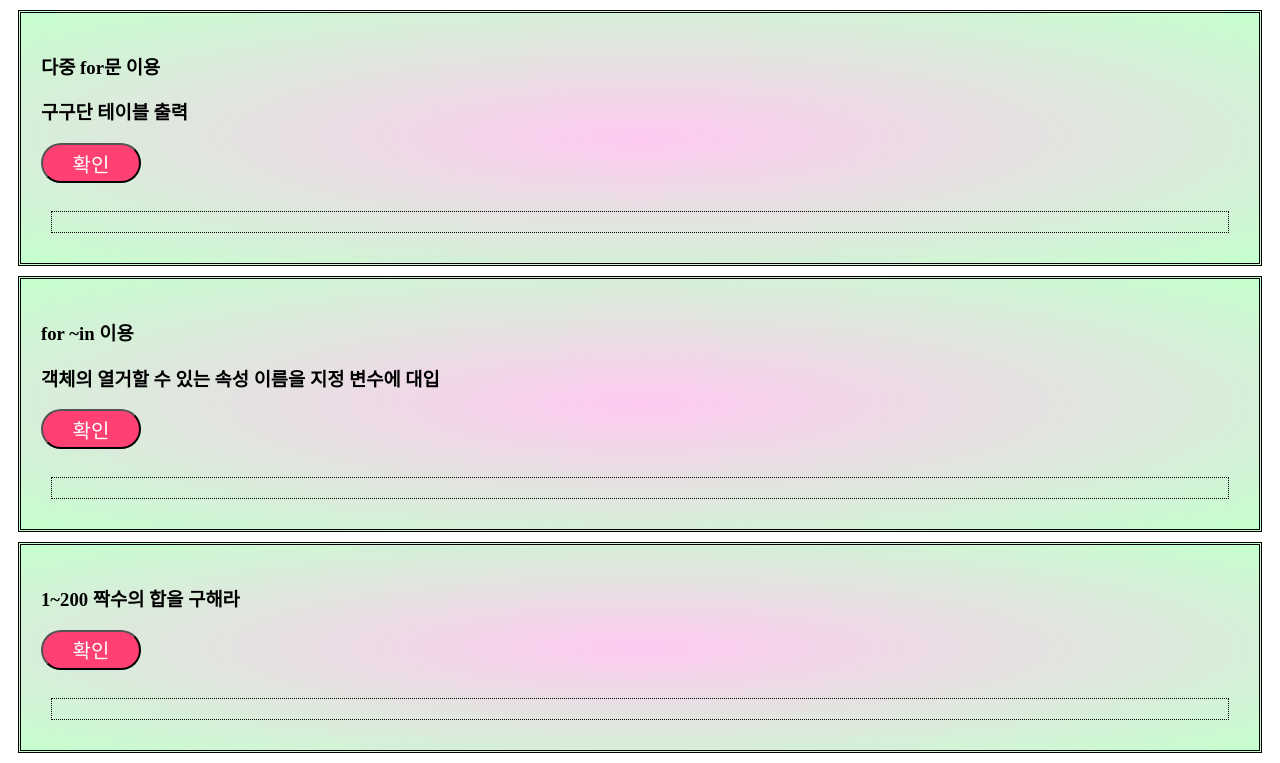
Repository: choidazzi/DDIT
Page: web programming/html/webpro/src/main/webapp/0503/for반복문연습.html
The author's editor kept a copy of each file at every save. The page is drawn from the files as they stood at one save, then again after the next save.
The browser window is 1280 px wide. The pictures show the whole page.
After loading, the first visible `input[onclick="proc3()"]` was clicked once.

Above is the page before, as saved 2023-05-03 02:02:49.
Console error: ReferenceError: proc3 is not defined

### web programming/html/webpro/src/main/webapp/0503/for반복문연습.html
<!DOCTYPE html>
<html>
<head>
<meta charset="UTF-8">
<title>Insert title here</title>
<link rel="stylesheet" href="../css/my.css">
<script>
	// 함수를 만드는 방법
	// 방법1
	//function proc1() {		}

	// 방법2
	//var proc1 = function() {	}

	// 람다함수 - 화살표를 이용한 함수
	proc1 = () => {
		vtable = "<table border = '1'>"
		for (let i = 1; i <10; i++) {
			vtable += "<tr>";
			for (let k = 1; k <10 ; k++) {
				vtable += "<td>" + i * k + "</td>";
			}
			vtable +="</tr>";
		}

		vtable += "</table>";

		//result1에 vtable을 출력
		document.getElementById('result1').innerHTML = vtable;
	}

	proc2 = () => {
		//객체 선언 - { }
		myCar = {make: "BMW", model: "x5", year : "2021"};

		console.log(myCar.make, myCar.model, myCar.year);
/*
		str = "자동차 회사 : " + myCar.make + "<br>";
		str += "자동차 모델 : " + myCar.model + "<br>";
		str += "자동차 연식 : " + myCar.year + "<br>";

 */


		vresult = document.getElementById('result2');
		//vresult.innerHTML = str;

		str2 = "";
		for(let x in myCar) {
			/*
			str = "자동차 회사 : " + myCar[make] + "<br>";
			str += "자동차 모델 : " + myCar[model] + "<br>";
			str += "자동차 연식 : " + myCar[year] + "<br>";
			*/

/* 			str2 += "myCar[" + x + "] : " + myCar[x] +"<br>"; */
				str2 += `myCar[${x}] : ${myCar[x]} <br>`;
		}

		vresult.innerHTML = str2;


	}
</script>
<style>
table {
	border : 1px solid black;
	border-collapse: collapse;
	background: lightyellow;
}
td{
	width: 50px;
	height: 50px;
	text-align: center;
}
</style>
</head>
<body>
	<div class="box">
		<h3>다중 for문 이용</h3>
		<h3>구구단 테이블 출력</h3>

		<input type="button" value="확인" onclick="proc1()"> <br> <br>

		<div id="result1" class="result"></div>
	</div>

	<div class="box">
		<h3>for ~in 이용</h3>
		<h3>객체의 열거할 수 있는 속성 이름을 지정 변수에 대입 </h3>

		<input type="button" value="확인" onclick="proc2()"> <br> <br>

		<div id="result2" class="result"></div>
	</div>

	<div class="box">
		<h3>1~200 짝수의 합을 구해라</h3>
		<h3></h3>

		<input type="button" value="확인" onclick="proc3()"> <br> <br>

		<div id="result3" class="result"></div>
	</div>
</body>
</html>

### web programming/html/webpro/src/main/webapp/css/my.css
@charset "UTF-8";

pre {
	border: 4px double steelblue;
	border-left: none;
	border-right: none;
	background: #defedf;
	padding: 20px;
	margin: 10px;
	font-size: 1.5em;
}

.box {
	border: 3px double #000;
	margin: 10px;
	padding: 20px;
	background-image: radial-gradient(#FFCAF1,#C5FFCE);
}

.box input[type=button], button[type="button"]  {
		background: #fe4072;
		color: #fff;
		width: 100px;
		height: 40px;
		font-size: 20px;
		border-radius: 50px;
}

.box .result {
	border: 1px dotted black;
	margin: 10px;
	padding: 10px;
	font-size: 1.5rem;
}

After the next save:
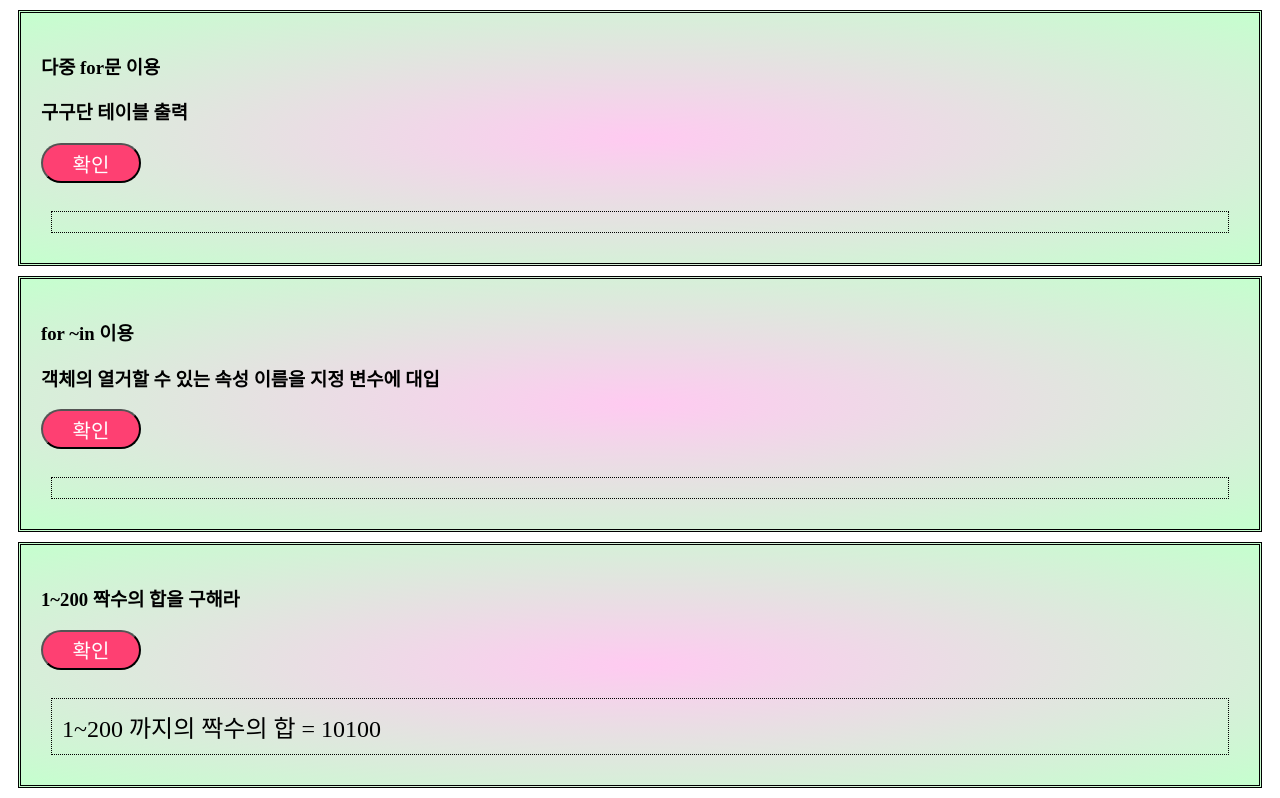
The error is gone.
Saved 3 min 44 s later.
--- a/web programming/html/webpro/src/main/webapp/0503/for반복문연습.html
+++ b/web programming/html/webpro/src/main/webapp/0503/for반복문연습.html
@@ -61,6 +61,17 @@
 
 
 	}
+	//1~200 짝수 더하기
+	proc3 = () => {
+
+		sum = 0;
+		for(let i = 0; i <= 200; i += 2) {
+			sum += i;
+		}
+
+		vresult = document.getElementById('result3');
+		vresult.innerHTML = "1~200 까지의 짝수의 합 = " + sum;
+	}
 </script>
 <style>
 table {
